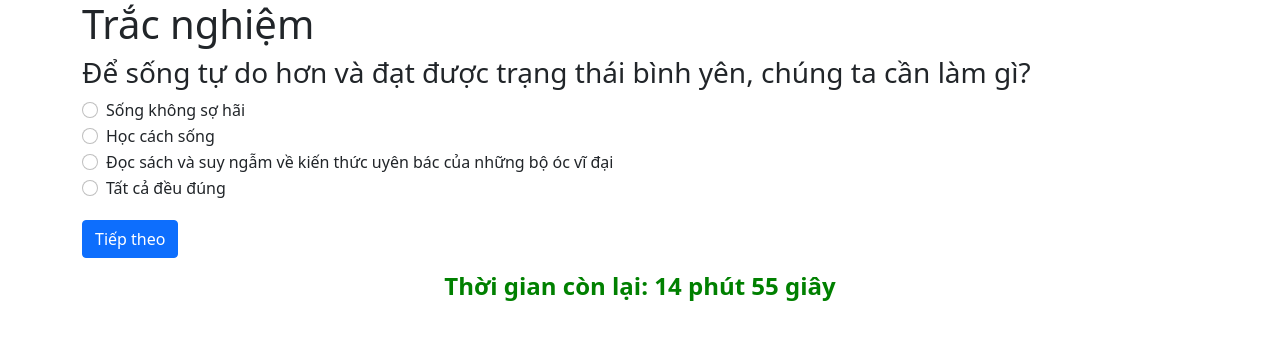
Repository: tran-thien-nhan/quiz_tlln
Page: daily_stoic_quiz.html
The author's editor kept a copy of each file at every save. The page is drawn from the files as they stood at one save, then again after the next save.
The browser window is 1280 px wide. The pictures show the whole page.

Above is the page before, as saved 2023-06-25 18:37:02.

After the next save:
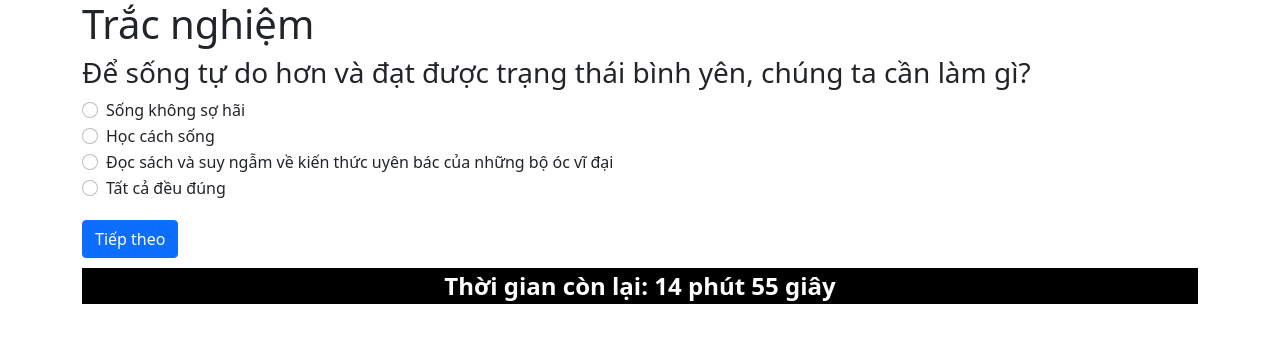
Saved 67 s later.
--- a/daily_stoic_quiz.html
+++ b/daily_stoic_quiz.html
@@ -67,7 +67,7 @@
                 const questions = data.questions;
 
                 // Lấy ngẫu nhiên 20 câu hỏi
-                const randomQuestions = getRandomElements(questions, 3);
+                const randomQuestions = getRandomElements(questions, 20);
 
                 let currentQuestionIndex = 0;
                 let score = 0;
@@ -151,7 +151,8 @@
                 timerElement.style.fontWeight = "bold";
                 timerElement.style.marginTop = "10px";
                 timerElement.style.textAlign = "center";
-                timerElement.style.color = "green";
+                timerElement.style.color = "white";
+                timerElement.style.backgroundColor = "black";
                 timeclock.appendChild(timerElement);
 
                 const timerInterval = setInterval(() => {
